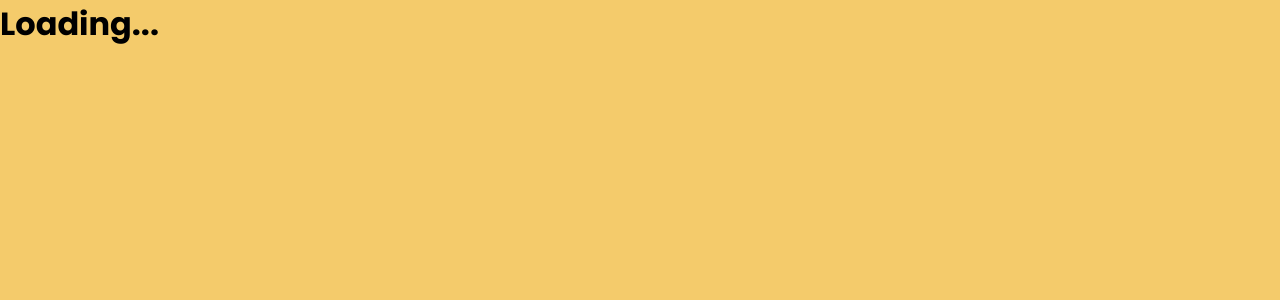
Repository: ble-syn/Random-user-generator-app
Page: /
The author's editor kept a copy of each file at every save. The page is drawn from the files as they stood at one save, then again after the next save.
The browser window is 1280 px wide. The pictures show the whole page.
The page's requests for data from a server got no answer. The project was rebuilt for these pictures with package versions that can differ from the ones it lists, and the page was loaded fresh each time. No one was signed in, and anything a server would have sent is missing. Also part of the build but not shown: src/components/Navbar.jsx, src/components/pagination.jsx, src/components/ErrorFallback.jsx, src/components/User.jsx, src/pages/About.jsx, src/pages/Policy.jsx, src/pages/Terms.jsx, src/pages/Contact.jsx and 1 more.

Above is the page before, as saved 2022-10-28 18:15:35.

### src/index.css
@import url("https://fonts.googleapis.com/css2?family=Poppins:ital,wght@0,200;0,300;0,400;0,500;0,600;0,700;1,400&display=swap");
*{
  margin: 0;
  padding: 0;
  box-sizing: border-box;
}
a {
  text-decoration: none;
  color: #000;
}

body {
  background-color: #F4CB6B;
  font-family: "Poppins", sans-serif;
}
.container {
  width: 100%;
  max-width: 1300px;
  margin: 0 auto;

}

nav {
  display: flex;
  justify-content: space-between;
  margin: 2% 0 3%;
}
.menu {
  margin: 0 20px;
}

.home-container{
  display: flex;

  align-items: center;
}
/* LEFT STYLES */
#left {
  flex: 5;
}
#left h1 {
  font-size: 3rem;
  font-weight: 700;
  margin-bottom: 20px;
}
#left p {
  font-size: 1.2rem;
  margin-bottom: 20px;
}
.search-input {
  width: 80%;
  background-color: #dadada;
  border-radius: 12px;
  border: none;
  display: flex;
  place-items: center;
  padding-left: 15px;
  margin: 50px 0;
}
input {
  border: none;
  border-radius: 12px;
  background-color: inherit;
  width: 100%;
  height: 50px;
  padding-left: 5px;
  font-size: 20px;
}
input:focus {
  outline: none;
}
input::placeholder {
  color: #171717;
}
.user-link-cont {
  margin-top: 70px;
}
.user-link{
  margin-right: 80px;
  padding: 30px;
  border-radius: 10px;
  color: #FFF;
  cursor: pointer;
  border: none;
  box-shadow: 0px 2px 5px  rgba(0, 0, 0, 0.5);
}
.all-user {
  background-color: #BF9679;
}
.f-user{
  background-color: #F97661;
}
.m-user{
background-color: #8DCC50;
}

#right{
  height: 90vh;
  flex: 5;
  margin-left: 20px;
  background-color: #F2F2EF;
  border-radius: 20px;
  padding: 15px 30px;

}

.usercard {
  background-color: #F2F2EF;
  border-radius: 20px;
  display: flex;
  justify-content: space-between;
  align-items: center;
  padding: 20px;
  margin: 20px 0;
}

img {
 border: 5px solid #BF9679;;
  border-radius: 50%;
  margin: 5px 0;
}

.pagination {
  display: flex;
  justify-content: center;
  align-items: center;
  gap: 12px;
  margin: 20px 0;
}

.pagination-num {
  display: flex;
  justify-content: center;
  align-items: center;
  gap: 12px;
}

.pagination-child,
.prev,
.next {
  opacity: 1;
  border: 1px solid #000;
  padding: 8px 16px;
  cursor: pointer;
  border-radius: 10px;
  transition: all 0.3s ease;
}

.pagination-child:hover,
.prev:hover,
.next:hover {
  transform: scale(1.1);
}

.disabled {
  opacity: 0.5;
  cursor: not-allowed;
}
.notfound {
  display: flex;
  flex-direction: column;
  justify-content: center;
  align-items: center;
  height: 70vh;
  font-size: 2rem;
  font-weight: 700;
}
.notfound img{
  height: 200px;
  border: none;
}
.notfound button {
  margin-top: 20px;
  padding:10px 20px;
  background: none;
  border-radius: 10px;
  border: 1px solid black;
}

### src/App.js
import { BrowserRouter as Router, Routes, Route, Navigate} from "react-router-dom";
import Navbar from "./components/Navbar";
import Home from "./pages/Home";
import About from "./pages/About";
import Policy from "./pages/Policy";
import Terms from "./pages/Terms";
import Contact from "./pages/Contact";
import NotFound from "./pages/NotFound";

function App() {
  return (
    <div className="container">
      <Router>
        <Routes>
          <Route path="/" element={<Home />} />
          <Route path="/about" element={<About />}>
            <Route path="policy" element={<Policy />} />
            <Route path="terms" element={<Terms />} />
          </Route>
          <Route path="/contact" element={<Contact />} />
          <Route path="/not-found" element={<NotFound />} />
          <Route path="*" element={<Navigate to="/not-found" />} />
        </Routes>
      </Router>

    </div>
  );
}

export default App;

### src/pages/Home.jsx
import { useState, useEffect } from "react";
import Navbar from "../components/Navbar";
import Pagination from "../components/pagination";
import { ErrorBoundary } from 'react-error-boundary'
import ErrorFallback from "../components/ErrorFallback";
import { ReactComponent as Search } from "../assets/Search.svg"
import User from "../components/User";



function Home() {
  const [users, setUsers] = useState([]);
  const [loading, setLoading] = useState(true);

  const [currentPage, setCurrentPage] = useState(1);
  const [usersPerPage] = useState(4);

  // get users from the randomuser api
  useEffect(() => {
    const getUsers = async () => {
      const res = await fetch("https://randomuser.me/api/?results=20");
      const data = await res.json();
      setUsers(data.results);
      setLoading(false);
    };

    getUsers();
  }, []);

    const female = async () => {
    const res = await fetch("https://randomuser.me/api?results=20&gender=female");
    const data = await res.json();
    setUsers(data.results);
    setLoading(false);
  };



    const male = async () => {
    const res = await fetch("https://randomuser.me/api?results=20&gender=male");
    const data = await res.json();
    setUsers(data.results);
    setLoading(false);
  };


  //   loading state
  if (loading) {
    return <h1>Loading...</h1>;
  }

  //   pagination logic
  const indexOfLastUser = currentPage * usersPerPage;
  const indexOfFirstUser = indexOfLastUser - usersPerPage;
  const persons = users.slice(indexOfFirstUser, indexOfLastUser);
  const numberOfPages = Math.ceil(users.length / usersPerPage);

  return (
    <div className="home-container">
      <div id="left">
      <Navbar />
        <h1>Hello Friend!</h1>
        <p>welcome to your dashboard, kindly sort through the user base</p>
        <form action="" className="search-input">
          <Search />
          <input type="text" name="" id="" />
        </form>
        <h3>Show Users</h3>
        <div className="user-link-cont">
          <button type="button" className="user-link all-user">
            All User
          </button>
          <button type="button" className="user-link f-user" onClick={female}>
            Female
          </button>

          <button type="button" className="user-link m-user" onClick={male}>
            Male
          </button>
        </div>

      </div>


      <div id="right">
        <ErrorBoundary SafeComponent={ErrorFallback}>
            {/* <h2>Users</h2> */}
            <User persons={persons} />
          </ErrorBoundary>
          <ErrorBoundary>
            <Pagination
              numberOfPages={numberOfPages}
              currentPage={currentPage}
              setCurrentPage={setCurrentPage}
            />
        </ErrorBoundary>
      </div>
    </div>
  );
}

export default Home;

Loaded but not shown: public/index.html (common file); src/index.js (common file); src/reportWebVitals.js (common file)

After the next save:
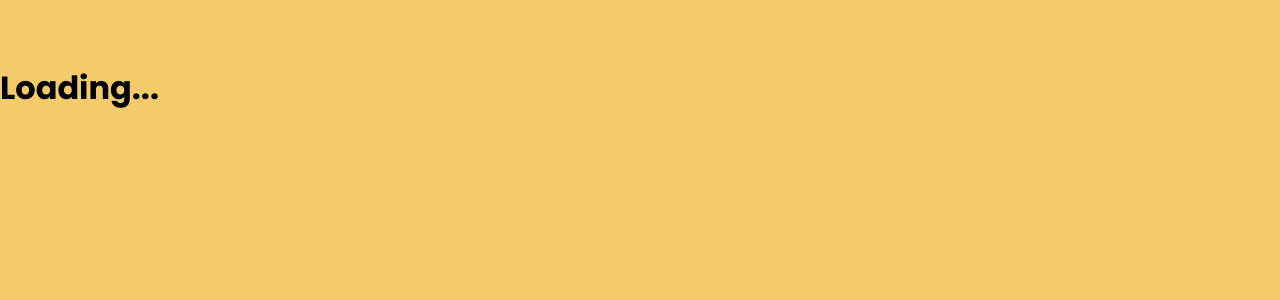
Saved 51 s later.
--- a/src/index.css
+++ b/src/index.css
@@ -16,7 +16,7 @@ body {
 .container {
   width: 100%;
   max-width: 1300px;
-  margin: 0 auto;
+  margin: 5% auto;
 
 }
 
